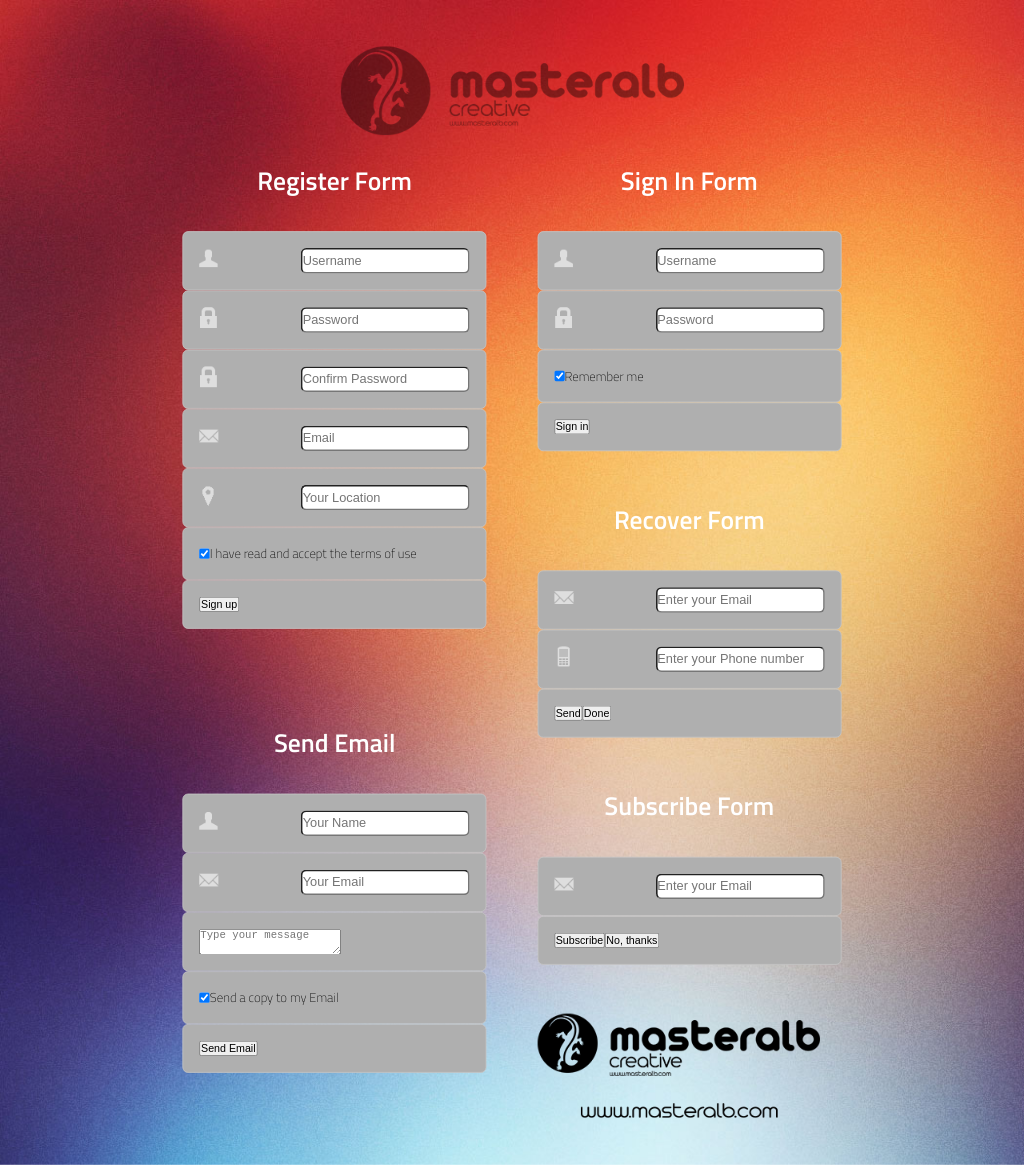
Repository: achwesiuk/PSD-Masteralb
Page: index.html
The author's editor kept a copy of each file at every save. The page is drawn from the files as they stood at one save, then again after the next save.
The browser window is 1280 px wide. The pictures show the whole page, at 80% of full size.
Backgrounds fixed to the window are drawn as part of the page. The style sheet was rebuilt from its Sass, Less or Tailwind sources for each picture, by a compiler version that may differ from the author's.

Above is the page before, as saved 2021-03-12 20:05:11.

After the next save:
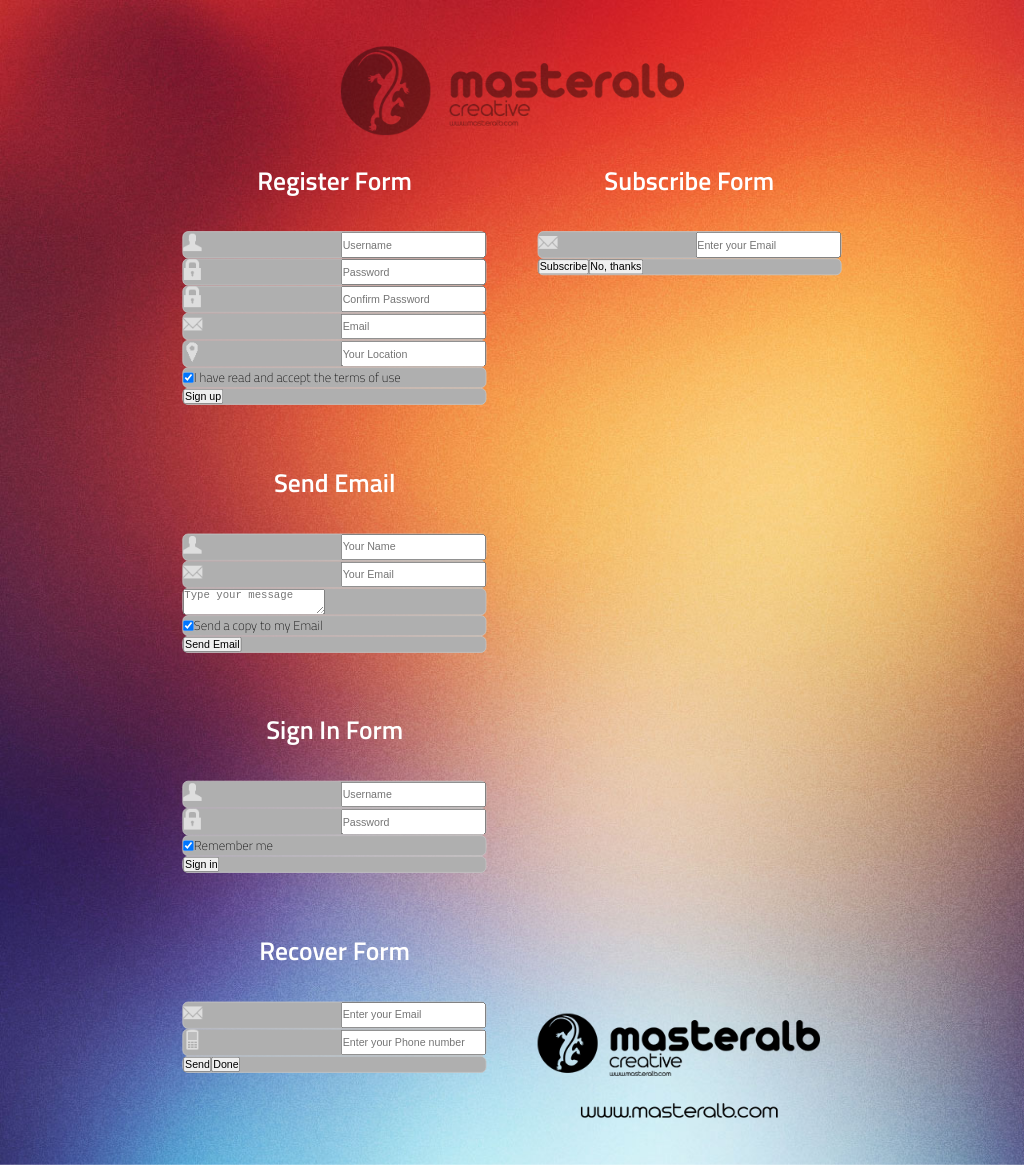
Saved 55 s later.
--- a/sass/main.scss
+++ b/sass/main.scss
@@ -82,7 +82,6 @@
         background-color: var(--color-grey-4);
         border: 1px solid var(--color-grey-3);
         border-radius: .7rem;
-        padding: 2rem;
     }
 
     &__desc {
@@ -100,10 +99,4 @@
         margin-right: 2rem;
     }
 
-    &__input {
-        font-size: inherit;
-        border-radius: .7rem;
-        justify-content: center;
-    }
-
 }
